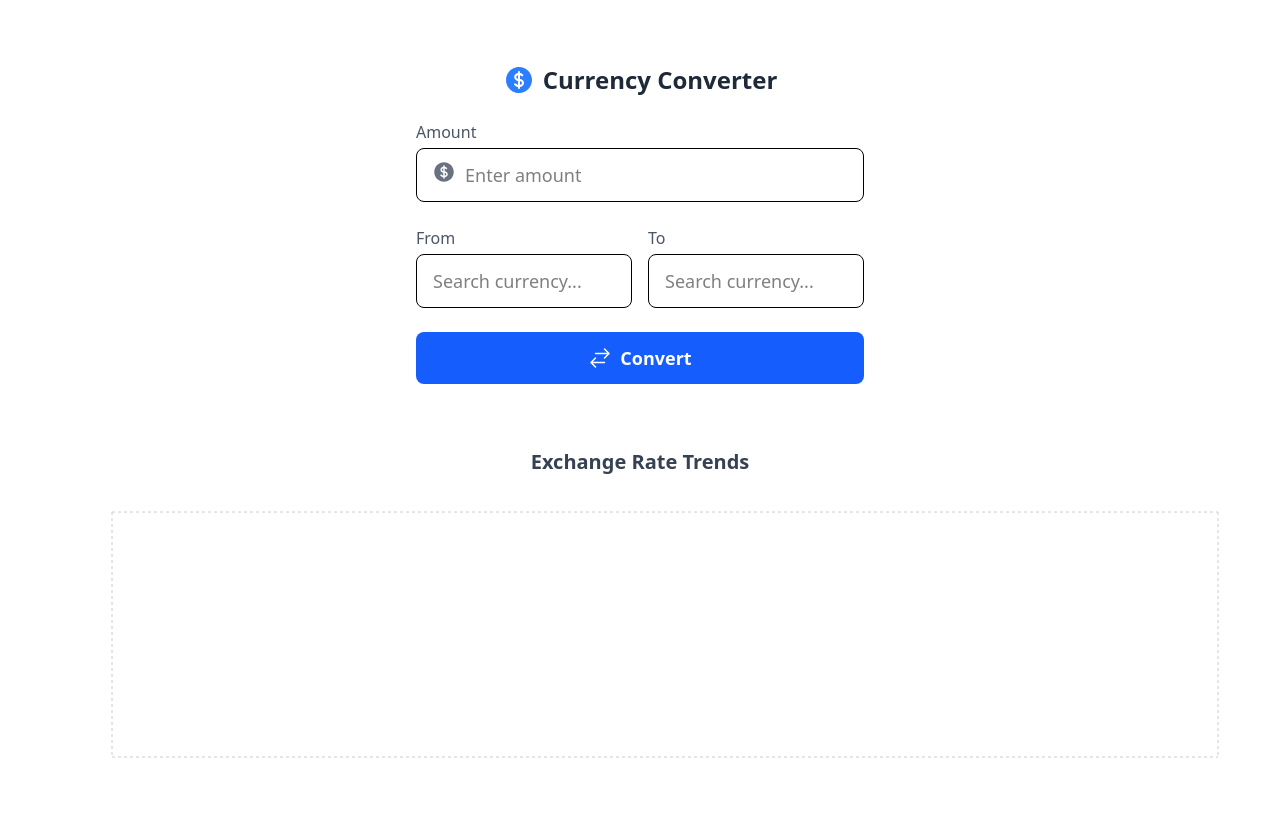
Repository: adrcstro/withcenter_developer_exam
Page: /
These files come from the project's save history. The page is drawn as it stood at one moment and after the next save; the edit follows.
The browser window is 1280 px wide. The pictures show the whole page.
The page's requests for data from a server got no answer. The project was rebuilt for these pictures with package versions that can differ from the ones it lists, and the page was loaded fresh each time. No one was signed in, and anything a server would have sent is missing. Also part of the build but not shown: vite.config.ts.

Above is the page before, as saved 2025-03-18 07:24:33.

### index.html
<!doctype html>
<html lang="en">
  <head>
    <meta charset="UTF-8" />
    <link rel="icon" type="image/svg+xml" href="/vite.svg" />
    <meta name="viewport" content="width=device-width, initial-scale=1.0" />
    <title>Vite + React + TS</title>
    <!-- public/index.html -->
  <link href="https://fonts.googleapis.com/css2?family=Montserrat:wght@300;400;500;700&display=swap" rel="stylesheet">


  </head>
  <body>
    <div id="root"></div>
    <script type="module" src="/src/main.tsx"></script>
  </body>
</html>

### src/main.tsx

import { createRoot } from 'react-dom/client'
import './index.css'
import App from './App.tsx'

createRoot(document.getElementById('root')!).render(

    <App />

)

### src/App.tsx
import { Provider } from "react-redux";
import { QueryClient, QueryClientProvider } from "@tanstack/react-query";
import { store } from "./Store/store";
import { useAppDispatch, useAppSelector } from "./Store/hooks";
import { setAmount, setFromCurrency, setToCurrency, setConvertedAmount } from "./Store/exchangeRateSlice";
import { useExchangeRates, useSupportedCurrencies } from "./Store/useExchangeRates";
import { ArrowsRightLeftIcon, CurrencyDollarIcon } from "@heroicons/react/24/solid";
import { AreaChart, Area, XAxis, YAxis, CartesianGrid, Tooltip, ResponsiveContainer } from "recharts";
import { useState } from "react";

const queryClient = new QueryClient();

// Define an interface for currencies
interface Currency {
  code: string;
  name: string;
}

function CurrencyConverter() {
  const dispatch = useAppDispatch();
  const { fromCurrency, toCurrency, amount, convertedAmount } = useAppSelector((state) => state.exchangeRates);

  const { data: exchangeRates } = useExchangeRates(fromCurrency);
  const { data: currencies, isLoading } = useSupportedCurrencies();

  const [fromSearch, setFromSearch] = useState("");
  const [toSearch, setToSearch] = useState("");

  const handleConvert = () => {
    if (!exchangeRates) return;
    const rate = exchangeRates[toCurrency] || 1;
    dispatch(setConvertedAmount((parseFloat(amount) * rate).toFixed(2)));
  };

  const chartData = exchangeRates
    ? Object.entries(exchangeRates).map(([currency, rate]) => ({ currency, rate }))
    : [];

  return (
    <div className="flex flex-col items-center justify-center min-h-screen bg-white p-8">
      <div className="flex flex-col items-center justify-center w-full max-w-[2000px] px-8">
        <div className="bg-white rounded-xl p-8 w-full max-w-lg">
          <h2 className="text-2xl font-bold text-gray-800 text-center mb-6 flex items-center justify-center gap-2">
            <CurrencyDollarIcon className="w-8 h-8 text-blue-500" />
            Currency Converter
          </h2>

          <div className="mb-6">
            <label className="block text-gray-600 text-base font-medium">Amount</label>
            <div className="relative">
              <input
                type="number"
                value={amount}
                onChange={(e) => dispatch(setAmount(e.target.value))}
                className="w-full mt-1 pl-12 pr-4 py-3 border rounded-lg text-lg focus:outline-none focus:ring-2 focus:ring-blue-400"
                placeholder="Enter amount"
              />
              <CurrencyDollarIcon className="w-6 h-6 text-gray-500 absolute left-4 top-4" />
            </div>
          </div>

          <div className="flex gap-4 mb-6">
            <div className="w-1/2">
              <label className="block text-gray-600 text-base font-medium">From</label>
              <input
                type="text"
                value={fromSearch}
                onChange={(e) => setFromSearch(e.target.value)}
                onBlur={() => {
                  const match = currencies?.find(({ code, name }) =>
                    code.toLowerCase().includes(fromSearch.toLowerCase()) ||
                    name.toLowerCase().includes(fromSearch.toLowerCase())
                  );
                  if (match) dispatch(setFromCurrency(match.code));
                }}
                className="w-full mt-1 pl-4 pr-4 py-3 border rounded-lg text-lg focus:outline-none focus:ring-2 focus:ring-blue-400"
                placeholder="Search currency..."
              />
            </div>

            <div className="w-1/2">
              <label className="block text-gray-600 text-base font-medium">To</label>
              <input
                type="text"
                value={toSearch}
                onChange={(e) => setToSearch(e.target.value)}
                onBlur={() => {
                  const match = currencies?.find(({ code, name }) =>
                    code.toLowerCase().includes(toSearch.toLowerCase()) ||
                    name.toLowerCase().includes(toSearch.toLowerCase())
                  );
                  if (match) dispatch(setToCurrency(match.code));
                }}
                className="w-full mt-1 pl-4 pr-4 py-3 border rounded-lg text-lg focus:outline-none focus:ring-2 focus:ring-blue-400"
                placeholder="Search currency..."
              />
            </div>
          </div>

          <button
            onClick={handleConvert}
            className="w-full bg-blue-600 hover:bg-blue-700 text-white text-lg font-semibold py-3 rounded-lg flex items-center justify-center gap-2 transition duration-300"
          >
            <ArrowsRightLeftIcon className="w-6 h-6" />
            Convert
          </button>

          {convertedAmount && (
            <div className="mt-6 text-center">
              <p className="text-gray-800 text-xl">
                {amount} {fromCurrency} = <span className="font-bold text-green-600">{convertedAmount} {toCurrency}</span>
              </p>
            </div>
          )}
        </div>
      </div>

      {/* Chart Section */}
      <div className="w-full max-w-7xl mt-8">
        <h2 className="text-xl font-semibold text-gray-700 text-center mb-4">Exchange Rate Trends</h2>
        <ResponsiveContainer width="100%" height={300}>
          <AreaChart data={chartData} margin={{ top: 20, right: 30, left: 20, bottom: 5 }}>
            <CartesianGrid strokeDasharray="3 3" />
            <XAxis dataKey="currency" />
            <YAxis />
            <Tooltip />
            <Area type="monotone" dataKey="rate" stroke="#8884d8" fill="#8884d8" />
          </AreaChart>
        </ResponsiveContainer>
      </div>
    </div>
  );
}

export default function App() {
  return (
    <Provider store={store}>
      <QueryClientProvider client={queryClient}>
        <CurrencyConverter />
      </QueryClientProvider>
    </Provider>
  );
}

### src/Store/store.ts
// src/store/store.ts
import { configureStore } from "@reduxjs/toolkit";
import exchangeRateReducer from "./exchangeRateSlice";

export const store = configureStore({
  reducer: {
    exchangeRates: exchangeRateReducer,
  },
});

export type RootState = ReturnType<typeof store.getState>;
export type AppDispatch = typeof store.dispatch;

### src/Store/hooks.ts
// src/store/hooks.ts
import { TypedUseSelectorHook, useDispatch, useSelector } from "react-redux";
import type { RootState, AppDispatch } from "./store";

export const useAppDispatch: () => AppDispatch = useDispatch;
export const useAppSelector: TypedUseSelectorHook<RootState> = useSelector;

### src/Store/exchangeRateSlice.ts
// src/store/exchangeRateSlice.ts
import { createSlice, PayloadAction } from "@reduxjs/toolkit";

interface ExchangeRateState {
  fromCurrency: string;
  toCurrency: string;
  amount: string;
  convertedAmount: string;
}

const initialState: ExchangeRateState = {
  fromCurrency: "USD",
  toCurrency: "EUR",
  amount: "",
  convertedAmount: "",
};

const exchangeRateSlice = createSlice({
  name: "exchangeRate",
  initialState,
  reducers: {
    setFromCurrency: (state, action: PayloadAction<string>) => {
      state.fromCurrency = action.payload;
    },
    setToCurrency: (state, action: PayloadAction<string>) => {
      state.toCurrency = action.payload;
    },
    setAmount: (state, action: PayloadAction<string>) => {
      state.amount = action.payload;
    },
    setConvertedAmount: (state, action: PayloadAction<string>) => {
      state.convertedAmount = action.payload;
    },
  },
});

export const { setFromCurrency, setToCurrency, setAmount, setConvertedAmount } = exchangeRateSlice.actions;
export default exchangeRateSlice.reducer;

### src/Store/useExchangeRates.ts
import { useQuery } from "@tanstack/react-query";
import axios from "axios";

const API_KEY = import.meta.env.VITE_EXCHANGE_RATE_API_KEY;
const BASE_URL = "https://v6.exchangerate-api.com/v6";

// Fetch all supported currencies
const fetchCurrencies = async () => {
  const response = await axios.get(`${BASE_URL}/${API_KEY}/codes`);
  return response.data.supported_codes.map(([code, name]: [string, string]) => ({
    code,
    name,
  }));
};

// Fetch exchange rates based on `fromCurrency`
const fetchExchangeRates = async (fromCurrency: string) => {
  const response = await axios.get(`${BASE_URL}/${API_KEY}/latest/${fromCurrency}`);
  return response.data.conversion_rates;
};

// Custom hook to get the exchange rates
export const useExchangeRates = (fromCurrency: string) => {
  return useQuery({
    queryKey: ["exchangeRates", fromCurrency],
    queryFn: () => fetchExchangeRates(fromCurrency),
    staleTime: 1000 * 60 * 10, // 10 minutes cache
  });
};

// Custom hook to get supported currencies
export const useSupportedCurrencies = () => {
  return useQuery({
    queryKey: ["supportedCurrencies"],
    queryFn: fetchCurrencies,
    staleTime: Infinity, // Cache forever (currencies don't change often)
  });
};

Loaded but not shown: src/index.css (common file)

After the next save:
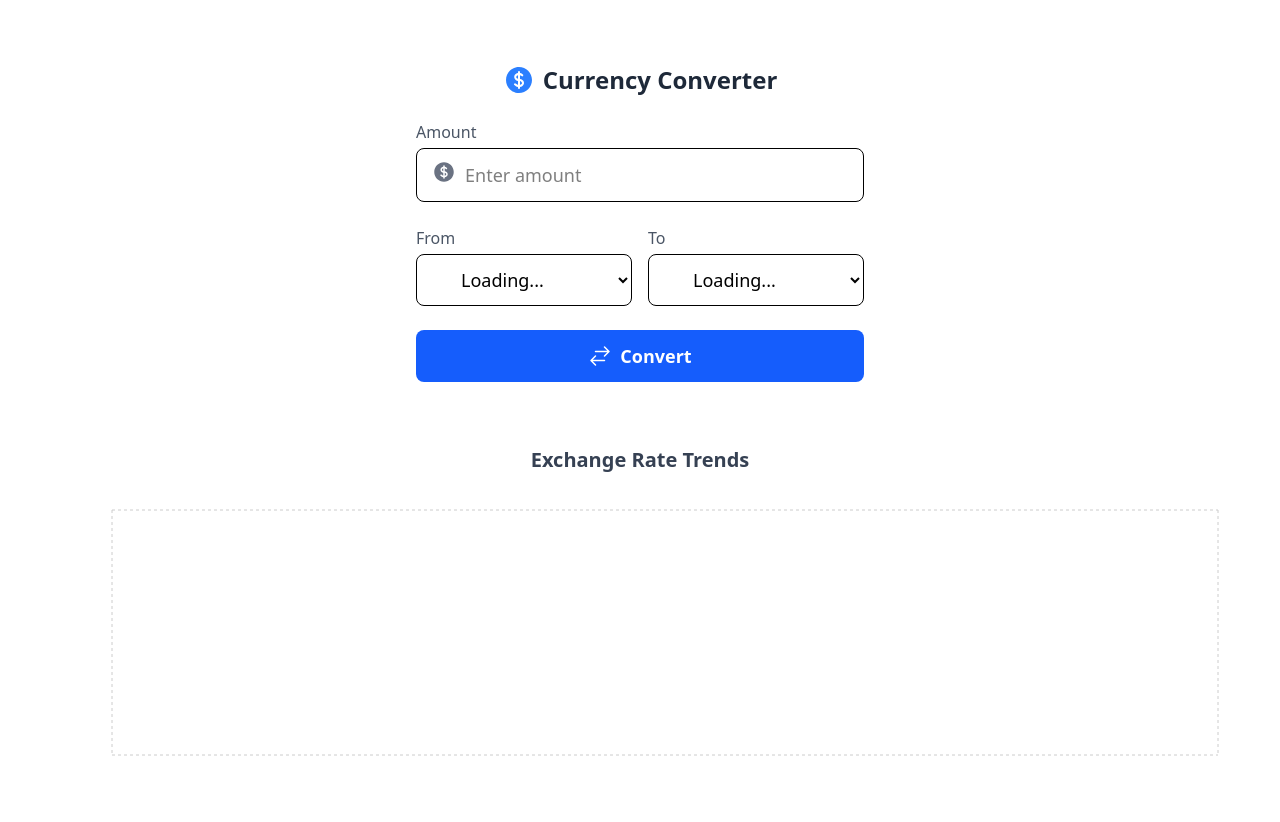
Saved 20 s later.
--- a/src/App.tsx
+++ b/src/App.tsx
@@ -6,7 +6,6 @@ import { setAmount, setFromCurrency, setToCurrency, setConvertedAmount } from ".
 import { useExchangeRates, useSupportedCurrencies } from "./Store/useExchangeRates";
 import { ArrowsRightLeftIcon, CurrencyDollarIcon } from "@heroicons/react/24/solid";
 import { AreaChart, Area, XAxis, YAxis, CartesianGrid, Tooltip, ResponsiveContainer } from "recharts";
-import { useState } from "react";
 
 const queryClient = new QueryClient();
 
@@ -22,9 +21,6 @@ function CurrencyConverter() {
 
   const { data: exchangeRates } = useExchangeRates(fromCurrency);
   const { data: currencies, isLoading } = useSupportedCurrencies();
-
-  const [fromSearch, setFromSearch] = useState("");
-  const [toSearch, setToSearch] = useState("");
 
   const handleConvert = () => {
     if (!exchangeRates) return;
@@ -62,38 +58,36 @@ function CurrencyConverter() {
           <div className="flex gap-4 mb-6">
             <div className="w-1/2">
               <label className="block text-gray-600 text-base font-medium">From</label>
-              <input
-                type="text"
-                value={fromSearch}
-                onChange={(e) => setFromSearch(e.target.value)}
-                onBlur={() => {
-                  const match = currencies?.find(({ code, name }) =>
-                    code.toLowerCase().includes(fromSearch.toLowerCase()) ||
-                    name.toLowerCase().includes(fromSearch.toLowerCase())
-                  );
-                  if (match) dispatch(setFromCurrency(match.code));
-                }}
-                className="w-full mt-1 pl-4 pr-4 py-3 border rounded-lg text-lg focus:outline-none focus:ring-2 focus:ring-blue-400"
-                placeholder="Search currency..."
-              />
+              <select
+                value={fromCurrency}
+                onChange={(e) => dispatch(setFromCurrency(e.target.value))}
+                className="w-full mt-1 pl-10 pr-4 py-3 border rounded-lg text-lg focus:outline-none focus:ring-2 focus:ring-blue-400"
+              >
+                {isLoading ? (
+                  <option>Loading...</option>
+                ) : (
+                  currencies?.map(({ code, name }: Currency) => (
+                    <option key={code} value={code}>{code} - {name}</option>
+                  ))
+                )}
+              </select>
             </div>
 
             <div className="w-1/2">
               <label className="block text-gray-600 text-base font-medium">To</label>
-              <input
-                type="text"
-                value={toSearch}
-                onChange={(e) => setToSearch(e.target.value)}
-                onBlur={() => {
-                  const match = currencies?.find(({ code, name }) =>
-                    code.toLowerCase().includes(toSearch.toLowerCase()) ||
-                    name.toLowerCase().includes(toSearch.toLowerCase())
-                  );
-                  if (match) dispatch(setToCurrency(match.code));
-                }}
-                className="w-full mt-1 pl-4 pr-4 py-3 border rounded-lg text-lg focus:outline-none focus:ring-2 focus:ring-blue-400"
-                placeholder="Search currency..."
-              />
+              <select
+                value={toCurrency}
+                onChange={(e) => dispatch(setToCurrency(e.target.value))}
+                className="w-full mt-1 pl-10 pr-4 py-3 border rounded-lg text-lg focus:outline-none focus:ring-2 focus:ring-blue-400"
+              >
+                {isLoading ? (
+                  <option>Loading...</option>
+                ) : (
+                  currencies?.map(({ code, name }: Currency) => (
+                    <option key={code} value={code}>{code} - {name}</option>
+                  ))
+                )}
+              </select>
             </div>
           </div>
 
